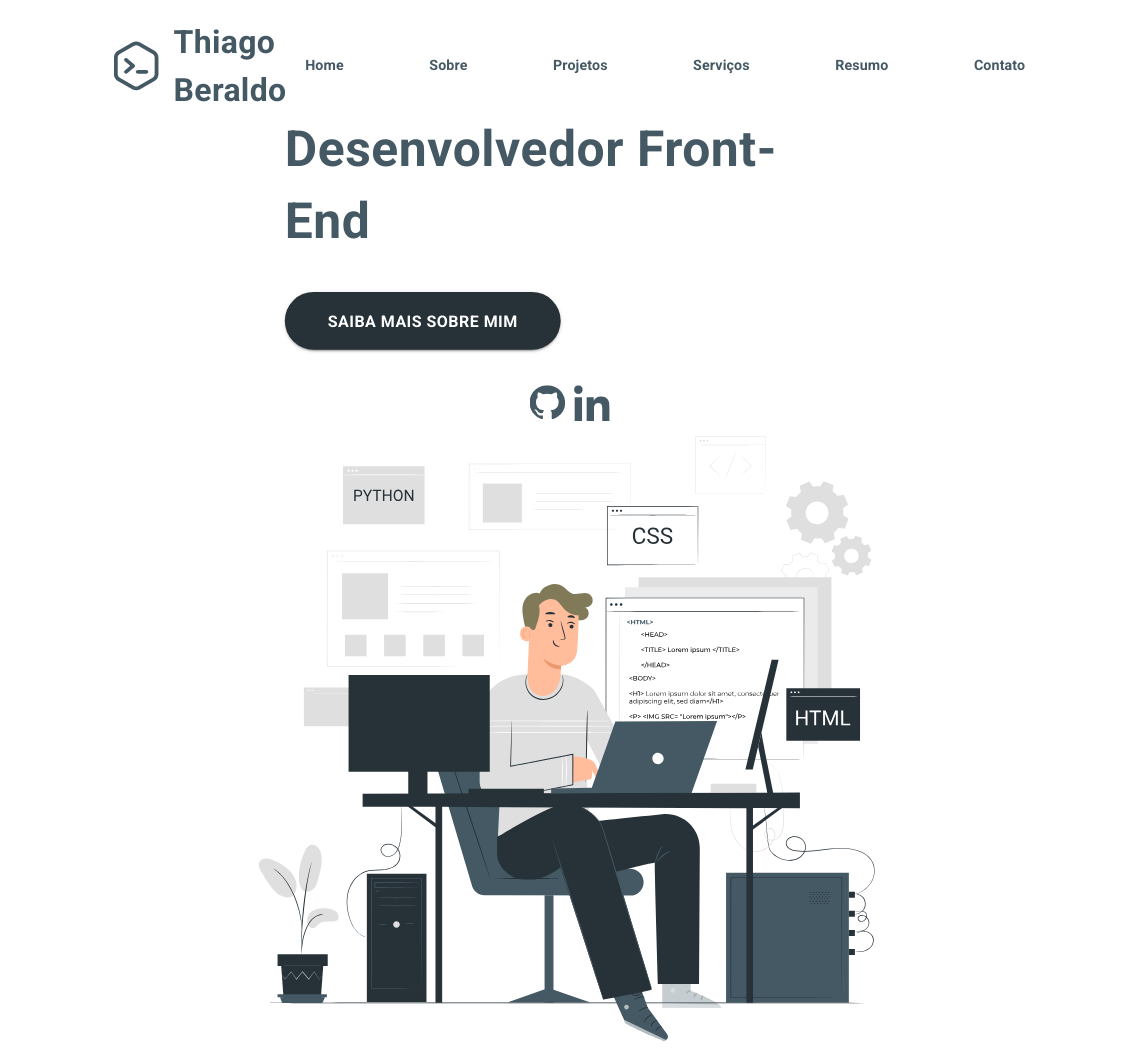
Repository: lenx0/myportfolio
Page: /
These files come from the project's save history. The page is drawn as it stood at one moment and after the next save; the edit follows.
The browser window is 1280 px wide. The pictures show the whole page, at 89% of full size.
The project was rebuilt for these pictures with package versions that can differ from the ones it lists, and the page was loaded fresh each time. Also part of the build but not shown: vite.config.js.

Above is the page before, as saved 2024-06-07 11:19:52.

### index.html
<!doctype html>
<html lang="en">
  <head>
    <meta charset="UTF-8" />
    <link href="https://fonts.googleapis.com/css2?family=Roboto:wght@400;700&display=swap" rel="stylesheet">
    <meta name="viewport" content="width=device-width, initial-scale=1.0" />
    <title>Portfólio</title>
  </head>
  <body>
    <div id="root"></div>
    <script type="module" src="/src/main.jsx"></script>
  </body>
</html>

### src/main.jsx
import React from "react";
import ReactDOM from "react-dom/client";
import App from "./App.jsx";
import { ThemeProvider } from "@emotion/react";
import theme from "./components/Styles/theme.js";

ReactDOM.createRoot(document.getElementById("root")).render(
  <React.StrictMode>
    <ThemeProvider theme={theme}>
      <App />
    </ThemeProvider>
  </React.StrictMode>
);

### src/App.jsx
import { Box } from "@mui/material";
import Header from "./components/Header";
import "./global.css";
import Home from "./components/Home";

function App() {
  return (
    <Box
      sx={{
        margin: "0 10% 0 10%",
      }}
    >
      <Header />
      <Home />
    </Box>
  );
}

export default App;

### src/components/Styles/theme.js
import { createTheme } from "@mui/material";

const theme = createTheme({
    breakpoints: {
      values: {
        xs: 0,
        sm: 600,
        md: 1300,
        lg: 1200,
        xl: 1375
      },
    },
  });

  export default theme

### src/components/Header/index.jsx
import { Typography, Box } from "@mui/material";
import Logo from "/assets/logos/logo.svg";

export default function Header() {
  const menuItems = [
    "Home",
    "Sobre",
    "Projetos",
    "Serviços",
    "Resumo",
    "Contato",
  ];

  return (
    <>
      <Box
        component="header"
        sx={{
          display: "flex",
          alignItems: "center",
          justifyContent: "space-between",
          mt: "20px",
        }}
      >
        <Box display="flex">
          <Box component="img" src={Logo}></Box>
          <Typography
            sx={{
              fontSize: 36,
              color: "#445964",
              fontWeight: 700,
              ml: 2,
            }}
          >
            Thiago Beraldo
          </Typography>
        </Box>

        <Box
          sx={{
            display: "flex",
            gap: "96px",
            color: "#445964",
          }}
        >
          {menuItems.map((item) => (
            <Typography sx={{ cursor: "pointer", fontWeight: 700 }} key={item}>
              {item}
            </Typography>
          ))}
        </Box>
      </Box>
    </>
  );
}

### src/global.css
body {
    margin: 0;
    padding: 0;
    box-sizing: border-box;
    font-family: 'Roboto', sans-serif;
}

### src/components/Home/index.jsx
import { Box, Button, Grid, Typography } from "@mui/material";
import HomeArt from "/assets/images/Art1.svg";
import Github from "/assets/icons/Github.svg";
import Linkedin from "/assets/icons/Linkedin.svg";

const Home = () => {
  return (
    <Grid
      container
      direction={{ xl: "row", lg: "column" }}
      alignItems="center"
      spacing={{ xl: 2, lg: 0 }}
      wrap={{ xl: "nowrap" }}
    >
      <Grid item>
        <Typography
          variant="body2"
          sx={{
            fontSize: { xs: "2rem", sm: "2.5rem", md: "3rem", lg: "3.5rem", xl: "3rem" },
            fontWeight: 700,
            color: "#445964",
            flexShrink: 1,
            mb: 5,
            maxWidth: "50vw",
          }}
        >
          Desenvolvedor Front-End
        </Typography>
        <Button
          variant="contained"
          sx={{
            fontSize: 18,
            fontWeight: 700,
            backgroundColor: "#263138",
            width: 310,
            height: 65,
            borderRadius: 20,
            mb: 5,
          }}
        >
          Saiba mais sobre mim
        </Button>
      </Grid>
      <Box
        sx={{
          display: "flex",
          justifyContent: "flex-start",
          marginTop: "auto",
          gap: "10px",
        }}
      >
        <Box>
          <img src={Github} />
        </Box>
        <Box>
          <img src={Linkedin} />
        </Box>
      </Box>
      <Grid item>
        <img src={HomeArt} alt="Home Art" />
      </Grid>
    </Grid>
  );
};

export default Home;

After the next save:
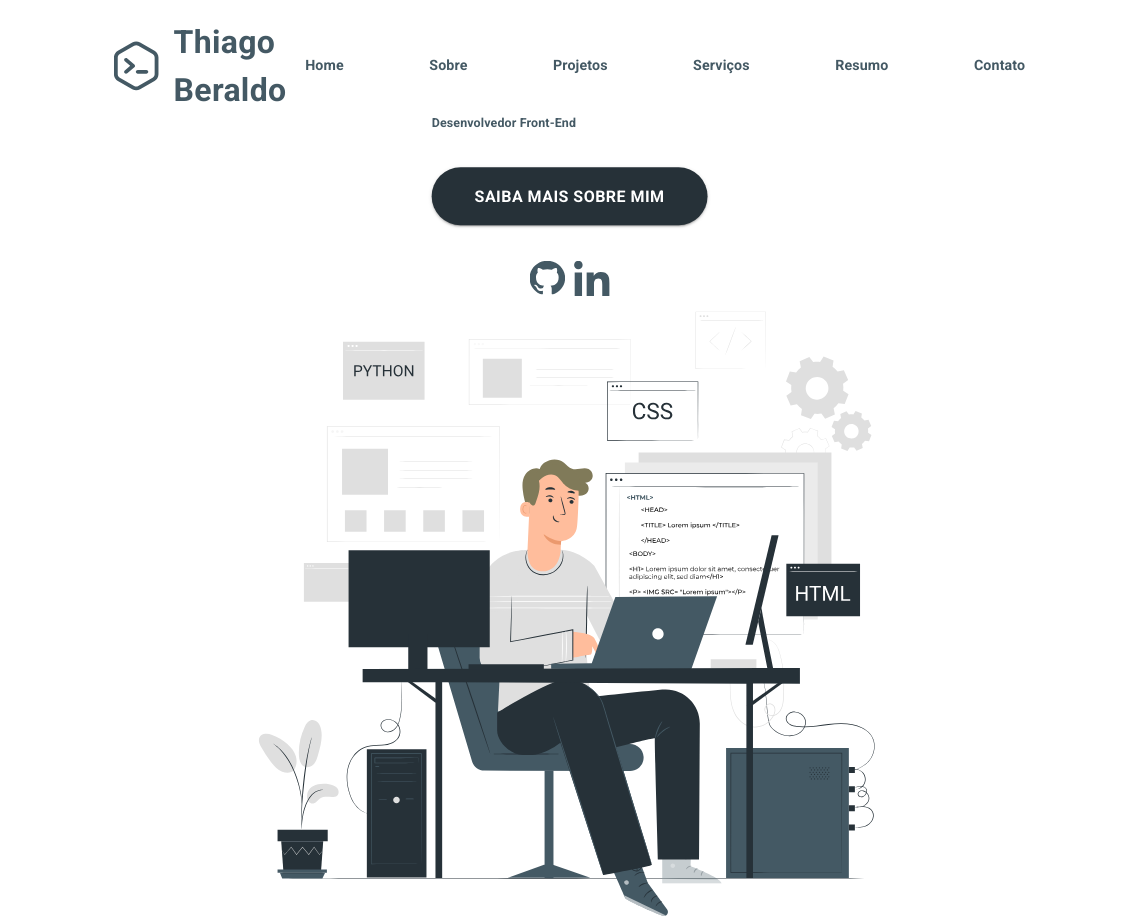
Saved 44 s later.
--- a/src/components/Home/index.jsx
+++ b/src/components/Home/index.jsx
@@ -16,7 +16,7 @@
         <Typography
           variant="body2"
           sx={{
-            fontSize: { xs: "2rem", sm: "2.5rem", md: "3rem", lg: "3.5rem", xl: "3rem" },
+            fontSize: { xl: "3rem" },
             fontWeight: 700,
             color: "#445964",
             flexShrink: 1,
